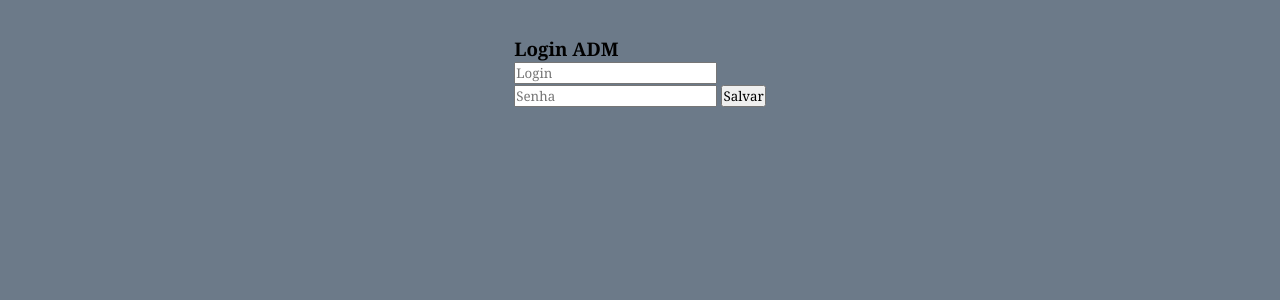
Repository: ArthurKJun/ProjetoCantinaEclipse
Page: http://localhost/arsan/loginAdministrador.jsp
The author's editor kept a copy of each file at every save. The page is drawn from the files as they stood at one save, then again after the next save.
The browser window is 1280 px wide. The pictures show the whole page.
The page is served by Tomcat 9. Other server files are loaded and not shown.

Above is the page before, as saved 2023-11-03 23:25:09.

### arsan/src/main/webapp/loginAdministrador.jsp
<%@ page language="java" contentType="text/html; charset=ISO-8859-1"
	pageEncoding="ISO-8859-1"%>
<!DOCTYPE html>
<html>
<head>

<meta charset="ISO-8859-1">

<link rel="stylesheet" href="./Estilos/style.css">

<title>Arsan Food Management</title>

</head>
<body>

	<div class="container-geral">


		<div id="form-container">

			<div id="form-inner">

				<form action="validarUsuarioAdmin.jsp" method="POST">
					<h3>Login ADM</h3>
					<div id="name-container">

						<input type="text" name="nome" id="nome" placeholder="Login">

					</div>

					<input type="password" name="senha" id="senha" placeholder="Senha">

                    <button onclick="Validar()">Salvar</button>

				</form>

			</div>

		</div>
	</div>

	<script>

    function logar(){
    	event.preventDefault();

    	let login = document.getElementById('login')
    	if(login.value == ''){
    		alert('Informe o login')
    		login.focus()
    		return
    	}

    	let senha = document.getElementById('senha')
    	if(senha.value == ''){
    		alert('Informe a senha')
    		senha.focus()
    		return
    	}
    	document.getElementsByTagName('form')[0].submit()
    }

    </script>

</body>
</html>

### arsan/src/main/webapp/Estilos/style.css
*{
    margin: 0;
    padding: 0;
    box-sizing: border-box;
    font-family: Georgia;

}

body{
    display: flex;
    flex-wrap: wrap;
}

.container-geral{

    width: 100vw;
    height: 100vh;
    background: #6c7a89;
    display: flex;
    flex-direction: row;
    justify-content: center;
    align-items: center;

}
.logo-container{

    display: flex;
    position: absolute;
    top: 40%;
    flex-direction: column;
}

.logo-container img{
    padding: 1rem;
    border-radius: 50%;
    height: 400px;
}

#form-container{
    display: flex;
    position: absolute;
    flex-direction: column;
    flex-wrap: wrap;
    top: 5%;
}

#register-form{

    border: 2px solid white;
    padding: .7rem;
    align-items: center;
    display: flex;
    flex-direction: column;
    font-size: larger;
}

#register-form h3{
    margin-bottom: 20px;
}

#register-form input{

    padding: 0.8rem 0.6rem;
    border: none;
    border-radius: 5px;
    margin-bottom: 10px;
}

#register-form input[type="submit"]{
    background-color: transparent;
    color: #fff;
    border: 2px solid #fff;
    font-size: 1.1rem;
    font-weight: bold;
    cursor: pointer;
    transition: .4s;
}

#register-form input[type="submit"]:hover{
    background-color: #fff;
    color: black;
}

/*---------------------------------------------------------*/
/* tela de entrada */

h1{
    background-color: #6c7a89;
    width: 100%;
    text-align: center;
    font-size: 50px;
    color: rgb(204, 198, 198);
}

.container-porta-cards{

    background-color: #475061;
    display: flex;
    width: 535px;
    height: 550px;
    border: 2px solid white;
    flex-wrap: wrap;
    align-items: center;
    padding: 1rem;
    margin-top: 2rem;

}

.card{

    background-color: #9ca5af;
    display: flex;
    padding: .5rem;
    margin: .5rem;
    width: 150px;
    height: 150px;
    border: 2px solid white;
    flex-direction: column;
    text-align: center;
    align-items: center;
    transition: .4s;

}

.container-porta-cards-2 :active{
    background-color: aqua;
}



.container-porta-cards :hover{

    background-color: #6c7a89;
    cursor: pointer;
}

.card img{

    margin-top: 10px;
    width: 100px;
    height: 100px;
    border-radius: 20%;
    transition: .4s;
}

#venda{

    width: 480px;
    height: 150px;
}

.container-geral-entrada{

    width: 100vw;
    height: calc(100vh + 200px);
    background: #9ca5af;
    display: flex;
    flex-direction: row;
    justify-content: center;


}

/* area de vendas */

.container-porta-cards-2{

    flex: 1.4;
    background-color: #475061;
    border: 2px solid white;
    flex-wrap: wrap;
    align-items: center;
    padding: 1rem;
    display: flex;
}

.container-porta-cards-2 :hover{

    background-color: #6c7a89;
    cursor: pointer;
}

.container-lista-vendas{
    height: 36.9rem;
    margin-right: 2rem;
    margin: 1rem;
    flex: 1;
    background-color: #475061;
    border: 2px solid white;
    flex-wrap: wrap;
    position: relative;
    padding: 1rem;
}

.container-geral-3{

    gap: 1rem;
    width: 100vw;
    height: 100vh;
    background: #9ca5af;
    display: flex;
    flex-direction: row;
    justify-content: center;
    align-items: center;

}

table{

    margin-top: 1rem;
    position: absolute;
    margin-left: 2rem;

}
table th {

    padding: .5rem;
    width: 200px;
    background-color: #6c7a89;
    border-radius: 10px;

}

table td{
    text-align: center;
    padding: 0.5rem;
    background-color: #6c7a89;
    border-radius: 10px;
}

.bExcluir{
    background-color: transparent;
}

.excluir{
    background-color: transparent;
    border-radius: 5px;
}

.excluir img{
    width: 1rem;
}

tfoot td{
    font-weight: bold;

}

/* tela cadastro cliente */

.container-geral-4{

    width: 100vw;
    height: 100vh;
    background: #9ca5af;
    flex-direction: column;
    justify-content: center;
    align-items: center;
    display: flex;

}

.inputs-cadastro{


    flex: 1;
    text-align: center;

}

.inputs-cadastro input{

    padding: 0.5rem;
    margin: 0.5rem;
    border-radius: 10px;

}

.inputs-cadastro h3{

    margin-top: 1rem;


}

.inputs-cadastro button{

    padding: 0.5rem;
    margin: 1rem;
    font-size: large;
    background-color: #9ca5af;
    border: none;
    border-radius: 10px;

}

.inputs-cadastro button:hover{

    background-color: #fff;
    color: black;
    cursor: pointer;
}

.inputButton:hover{

    background-color: #fff;
    color: black;
    cursor: pointer;
}

.container-porta-cards-cad{

    background-color: #6c7a89;
    width: 400px;
    height: 500px;
    color:#040405;
    justify-items: center;
    margin-top: 2rem;

}

.cliente{

    background-color: #9ca5af;
    margin: 1rem;
    border-radius: 5px;

}

a{
    text-decoration: none;
    color: #040405;
}

.container-geral-4 h1{

    margin-top: -4rem;

}

.produto{

    background-color: #9ca5af;
    margin: 1rem;
    border-radius: 5px;
}

.container-porta-cards-cad-fornecedor{

    background-color: #6c7a89;
    width: 400px;
    height: 500px;
    color:#040405;
    justify-items: center;
    margin-top: 1rem;
}

.inputs-cadastro-for{

    flex: 1;
    text-align: center;

}

.inputs-cadastro-for input{

    padding: 0.5rem;
    margin: 0.5rem;
    border-radius: 10px;
}

.inputs-cadastro-for button{

    padding: 0.5rem;
    margin: .5rem;
    font-size: large;
    background-color: #9ca5af;
    border: none;
    border-radius: 10px;

}

.inputs-cadastro-for button:hover{

    background-color: #fff;
    color: black;
    cursor: pointer;
}

.fornecedor{
    background-color: #9ca5af;
    margin: 1rem;
    border-radius: 5px;
}

After the next save:
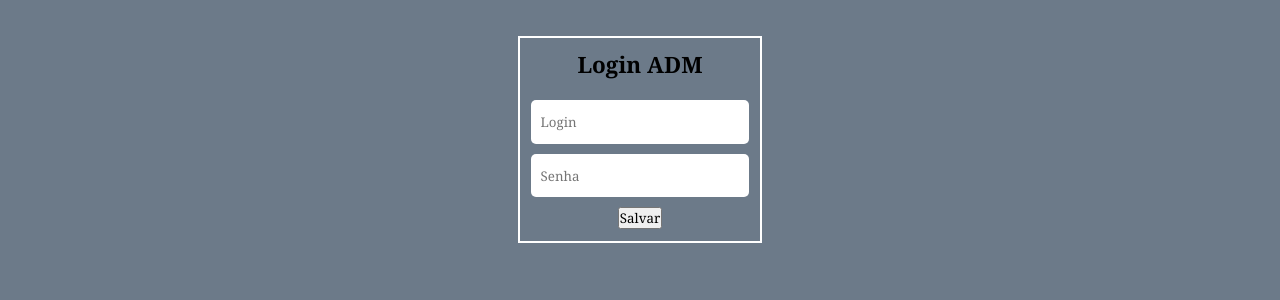
Saved 69 s later.
--- a/arsan/src/main/webapp/loginAdministrador.jsp
+++ b/arsan/src/main/webapp/loginAdministrador.jsp
@@ -20,7 +20,7 @@
 
 			<div id="form-inner">
 
-				<form action="validarUsuarioAdmin.jsp" method="POST">
+				<form action="validarUsuarioAdmin.jsp" method="POST" id="register-form">
 					<h3>Login ADM</h3>
 					<div id="name-container">
 
